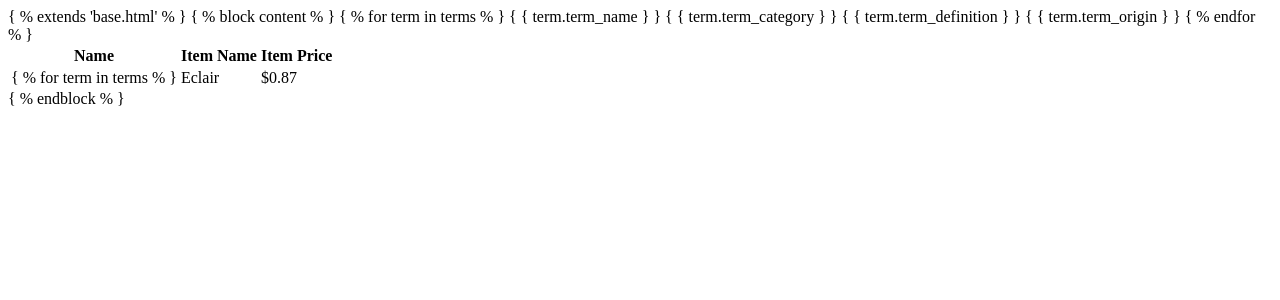
Repository: kalkiboru111/irish-dictionary-of-received-ideas
Page: http://localhost/
The author's editor kept a record of every edit. The page is drawn from the files as they stood at one moment, then again after the next edit.
The browser window is 1280 px wide. The pictures show the whole page.
The page is served by the project's application, run on Flask 3 (app.py). Queries for data that is not in the repository find no rows.

Above is the page before.

After the next edit:
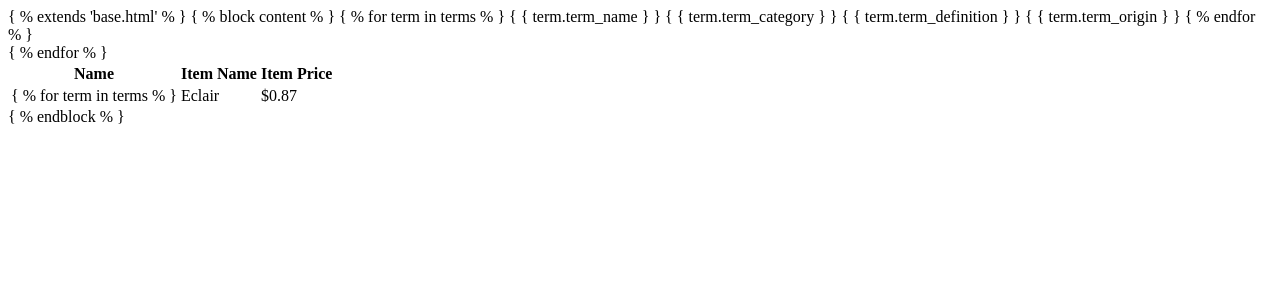
The edit:
--- a/templates/terms.html
+++ b/templates/terms.html
@@ -17,7 +17,7 @@
                 </td>
                 <td>Eclair</td>
                 <td>$0.87</td>
-
+                    { % endfor % }
             </tr>
         </tbody>
     </table>

After the 2 edits that followed:
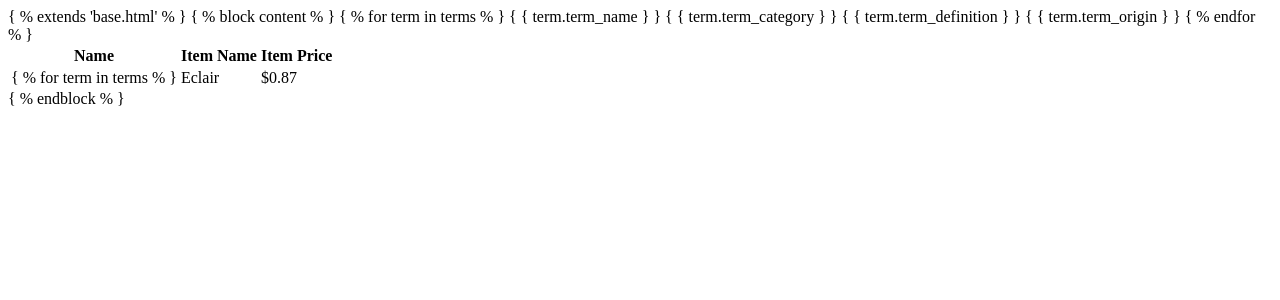
The 2 edits are shown as one change because 1 left the picture as it was.
The edit:
--- a/templates/terms.html
+++ b/templates/terms.html
@@ -17,11 +17,10 @@
                 </td>
                 <td>Eclair</td>
                 <td>$0.87</td>
-                    { % endfor % }
+
             </tr>
         </tbody>
     </table>
 </div>
 
-
 { % endblock % }
